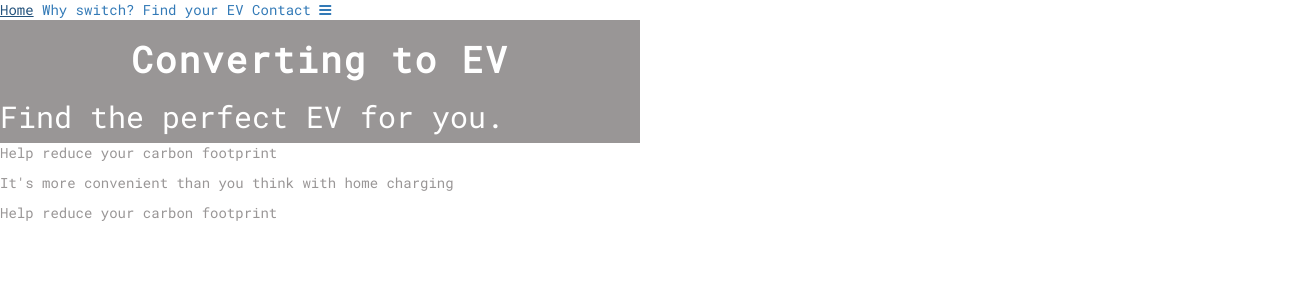
Repository: gnisco/project-2
Page: index.html
The author's editor kept a record of every edit. The page is drawn from the files as they stood at one moment, then again after the next edit.
The browser window is 1280 px wide. The page is 1280 px wide, then 1295 px, so the pictures cover 1295 px, including what lies to the right of the window. The pictures show the whole page.
Some web libraries are served in a nearby version.

Above is the page before.

### index.html
<!DOCTYPE html>
<html lang="en">
<head>
    <link rel="stylesheet" href="https://maxcdn.bootstrapcdn.com/bootstrap/3.3.7/css/bootstrap.min.css" type="text/css" />
    <link rel="stylesheet" href="https://maxcdn.bootstrapcdn.com/font-awesome/4.7.0/css/font-awesome.min.css" type="text/css" />
    <link rel="stylesheet" href="https://cdnjs.cloudflare.com/ajax/libs/hover.css/2.1.1/css/hover-min.css" type="text/css" />
    <link rel="stylesheet" href="assets/css/style.css" type="text/css" />
    <script src="https://ajax.googleapis.com/ajax/libs/jquery/3.2.1/jquery.min.js"></script>
    <script src="assets/js/navbar.js"></script>
    <title>Convert to EV</title>
</head>
<body>
    <header class="container-fluid">
        <div class="row">
            <div class="topnav" id="myTopnav">
                <a href="index.html" class="active">Home</a>
                <a href="why-switch.html">Why switch?</a>
                <a href="#find-your-ev.html">Find your EV</a>
                <a href="#contact.html">Contact</a>
                <a href="javascript:void(0);" class="icon" onclick="myFunction()">
                  <i class="fa fa-bars"></i>
                </a>
            </div>
            <div class="col-md-6">
                <div class="row bg-color-name-title">
                    <div class="heading">
                        <h1 class="title">Converting to EV</h1>
                        <h2 class="sub-title">Find the perfect EV for you.</h2>
                    </div>
                </div>
            </div>
    </header>
    <section class="container-fluid">
        <div class="row bg-photo">
            <p>Help reduce your carbon footprint</p>
        </div>
        <div class="row bg-photo-1">
            <p>It's more convenient than you think with home charging</p>
        </div>
        <div class="row bg-photo-2">
            <p>Help reduce your carbon footprint</p>
        </div>
    </section>
    <footer>

    </footer>
</body>
</html>

### assets/css/style.css
@import url('https://fonts.googleapis.com/css?family=Roboto+Mono&display=swap');

/*--------------------------------------------navbar*/

#nav {
    margin: 0;
}

#nav li {
    padding: 0;
}

.menuitem {
    height: 122px;
    text-align: center;
    padding: 0;
}

.menuitem a {
    width: 100%;
    text-decoration: none;
    color: #ffffff;
    height: 122px;
}


.menuitem a i {
    padding-top: 22px;
    display: block;
    color: #fafafa;
    font-size: 26px;
}

.menuitem span {
    display: block;
    width: 100%;
    padding-top: 5px;
    text-align: center;
    text-transform: uppercase;
    font-size: 14px;
    font-weight: 300;
    letter-spacing: 2px;
}

.hvr-sweep-to-bottom:before {
    background: rgba(0, 0, 0, 0.2);
    height: 122px;
}

.ui-menu-color-home {
    background-color: #999696;
}

.ui-menu-color-why-switch {
    background-color: #999696;
}

.ui-menu-color-find-your-ev {
    background-color: #999696;
}

.ui-menu-color-contact {
    background-color: #999696;
}

/*--------------------------------------------Title*/

.bg-color-name-title {
    background-color: #999696;
    color: #fff;
}

.title {
    color: #fff;
    text-align: center;
    font-weight: bold;
    letter-spacing: 2px;
}

.sub-title {
    color: #fff
}


body {
    font-family: Roboto Mono, sans-serif;
    font-weight: 200;
    background-color: #fff;
    color: #999696;
}

Loaded but not shown: assets/js/navbar.js (common file)

After the next edit:
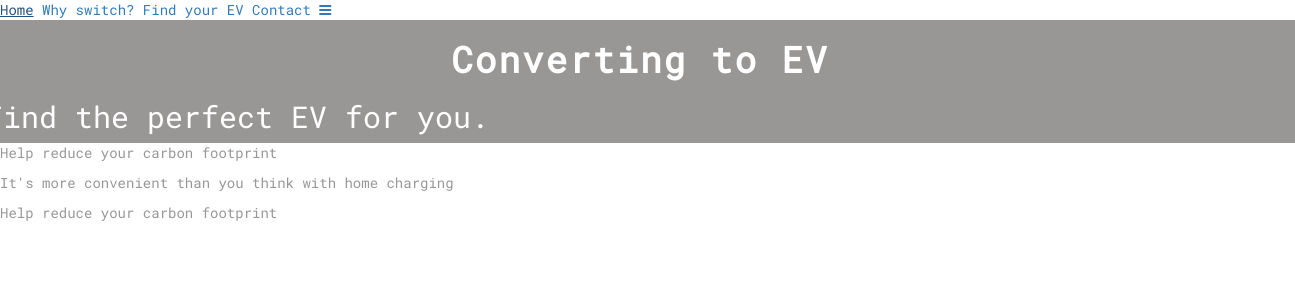
The edit:
--- a/index.html
+++ b/index.html
@@ -21,7 +21,7 @@
                   <i class="fa fa-bars"></i>
                 </a>
             </div>
-            <div class="col-md-6">
+            <div class="col">
                 <div class="row bg-color-name-title">
                     <div class="heading">
                         <h1 class="title">Converting to EV</h1>
